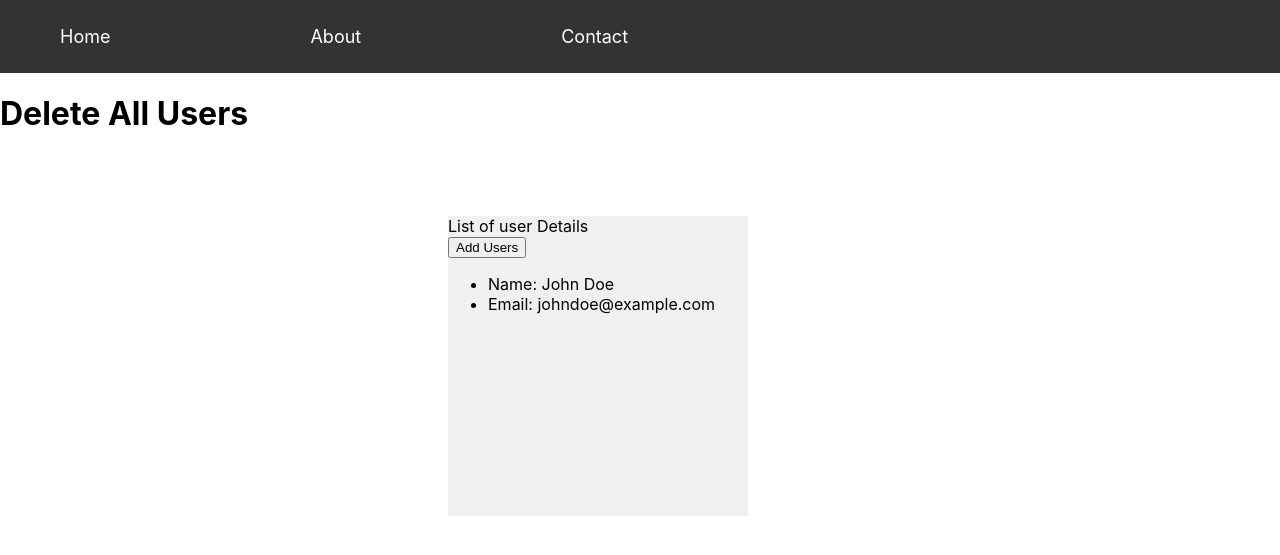
Repository: Gulzarokz/React_Course_Review
Page: / (app in reduxtoolkit/)
An editor plug-in stored every save of this project. The page is shown before and after the next save, followed by the edit.
The browser window is 1280 px wide. The pictures show the whole page.
The project was rebuilt for these pictures with package versions that can differ from the ones it lists, and the page was loaded fresh each time. Also part of the build but not shown: reduxtoolkit/src/App.css.

Above is the page before, as saved 2026-05-15 10:25:12.

### reduxtoolkit/src/App.js
import logo from './logo.svg';
import './App.css';
import Navbar from './components/Navbar';

function App() {
  return (
    <>
      <Navbar />
    </>
  );
}

export default App;

### reduxtoolkit/src/components/Navbar.jsx
import React from 'react'
import './navbar.css'
import UserDetails from './UserDetails'

const Navbar = () => {
    return (
        <>
            <div className="navbar">
                <ul className="navbar-list">
                    <li>Home</li>
                    <li>About</li>
                    <li>Contact</li>
                </ul>
            </div>
            <UserDetails />
        </>
    )
}

export default Navbar

### reduxtoolkit/src/components/navbar.css
.navbar {
    display: flex;
    justify-content: space-between;
    align-items: center;
    padding: 10px 20px;
    background-color: #333;
    color: white;
}

.navbar-list {
    display: flex;
    list-style: none;
    align-items: center;
    gap: 200px;
}

.navbar-list li {
    cursor: pointer;
    font-size: 18px;
    background-color: transparent;
    border: none;
    color: white;
}

.content {
    width: 300px;
    height: 300px;
    background-color: #f0f0f0;
    position: absolute;
    top: 30%;
    left: 35%;
    /* transform: translate(-50%, -50%); */

}

### reduxtoolkit/src/components/UserDetails.jsx
import React from 'react'
import './navbar.css'
import DeleteALLUser from './DeleteALLUser'

const UserDetails = () => {
    return (
        <>
            <div className="content">
                <div className="user-details">
                    <div className="Heading">List of user Details</div>
                    <button className="">Add Users</button>
                </div>
                <ul>
                    <li>Name: John Doe</li>
                    <li>Email: johndoe@example.com</li>
                </ul>

            </div>
            <DeleteALLUser />
        </>
    )
}

export default UserDetails

### reduxtoolkit/src/components/DeleteALLUser.jsx
import React from 'react'

const DeleteALLUser = () => {
    return (
        <>
            <h1>Delete All Users</h1>
        </>
    )
}

export default DeleteALLUser

Loaded but not shown: reduxtoolkit/public/index.html (common file); reduxtoolkit/src/index.js (common file); reduxtoolkit/src/index.css (common file); reduxtoolkit/src/reportWebVitals.js (common file)

After the next save:
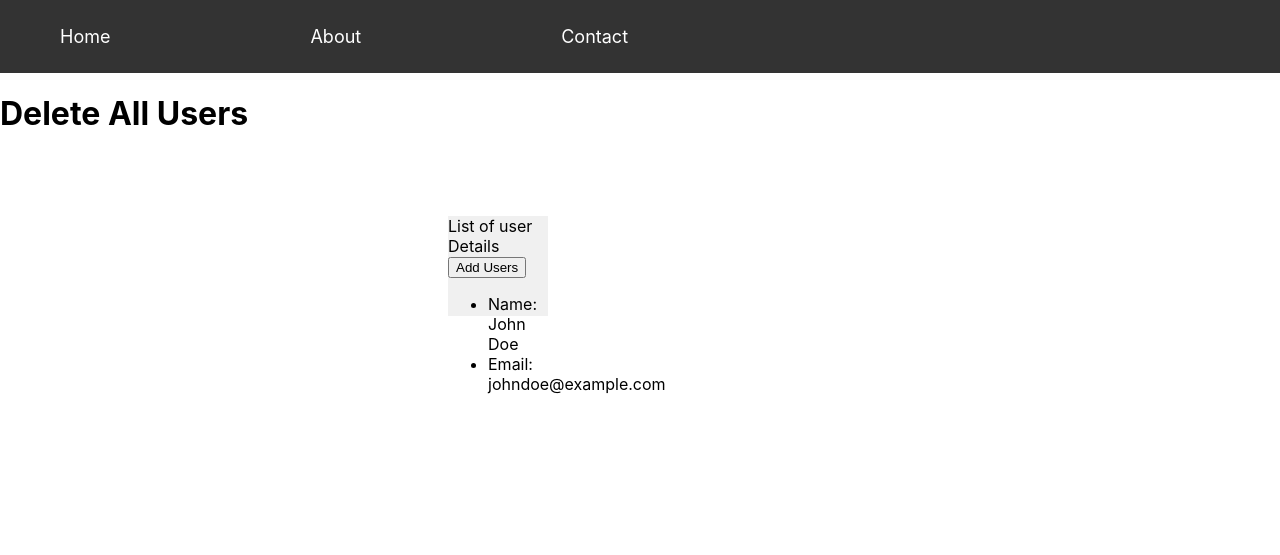
Saved 74 s later.
--- a/reduxtoolkit/src/components/navbar.css
+++ b/reduxtoolkit/src/components/navbar.css
@@ -32,3 +32,12 @@
     /* transform: translate(-50%, -50%); */
 
 }
+
+.content {
+    width: 100px;
+    height: 100px;
+    background-color: #f0f0f0;
+    position: absolute;
+    top: 30%;
+    left: 35%;
+}

After the save that followed:
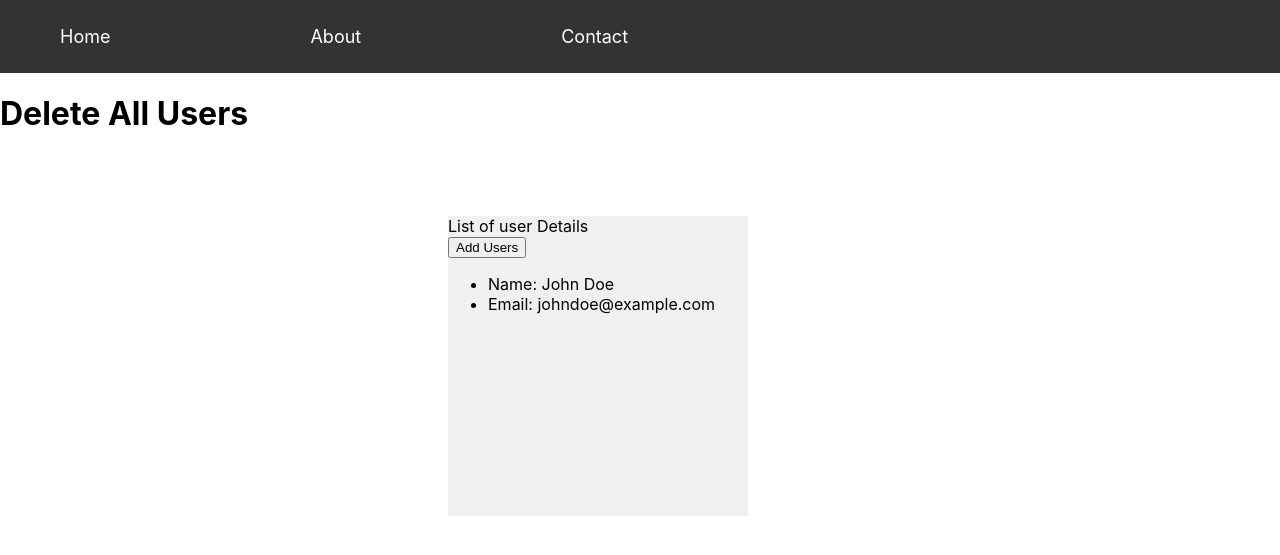
Saved 28 s later.
--- a/reduxtoolkit/src/components/navbar.css
+++ b/reduxtoolkit/src/components/navbar.css
@@ -34,8 +34,8 @@
 }
 
 .content {
-    width: 100px;
-    height: 100px;
+    width: 300px;
+    height: 300px;
     background-color: #f0f0f0;
     position: absolute;
     top: 30%;
